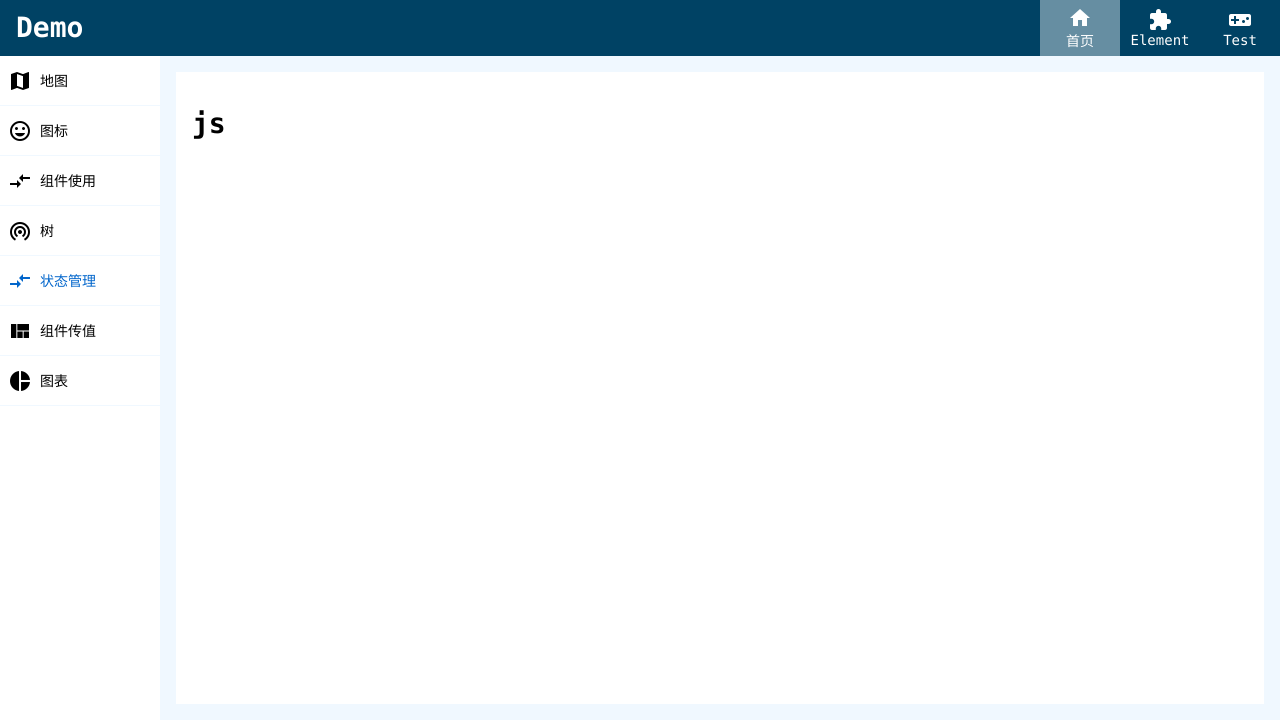
Repository: zh-webliker/element-vue
Page: /Main/Storage
An editor plug-in stored every save of this project. The page is shown before and after the next save, followed by the edit.
The browser window is 1280 px wide. The pictures show the whole page.
The project was rebuilt for these pictures with package versions that can differ from the ones it lists, and the page was loaded fresh each time. Also part of the build but not shown: vue.config.js. Imported but missing from the stored project, and not drawn on this page: src/json/contour, src/json/hl.

Above is the page before, as saved 2020-08-21 14:36:01.

After the next save:
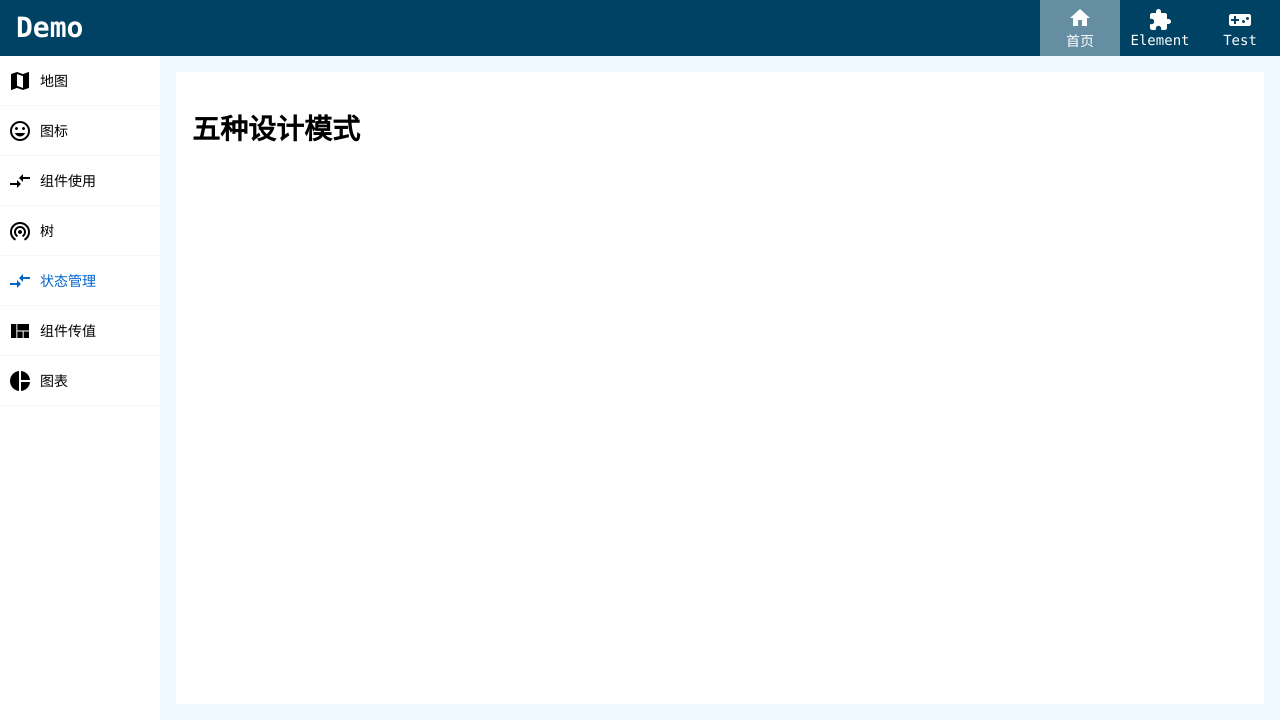
Saved 19 s later.
--- a/src/views/main/Storage.vue
+++ b/src/views/main/Storage.vue
@@ -1,6 +1,6 @@
 <template>
   <div>
-    <h1>js</h1>
+    <h1>五种设计模式</h1>
   </div>
 </template>
 
